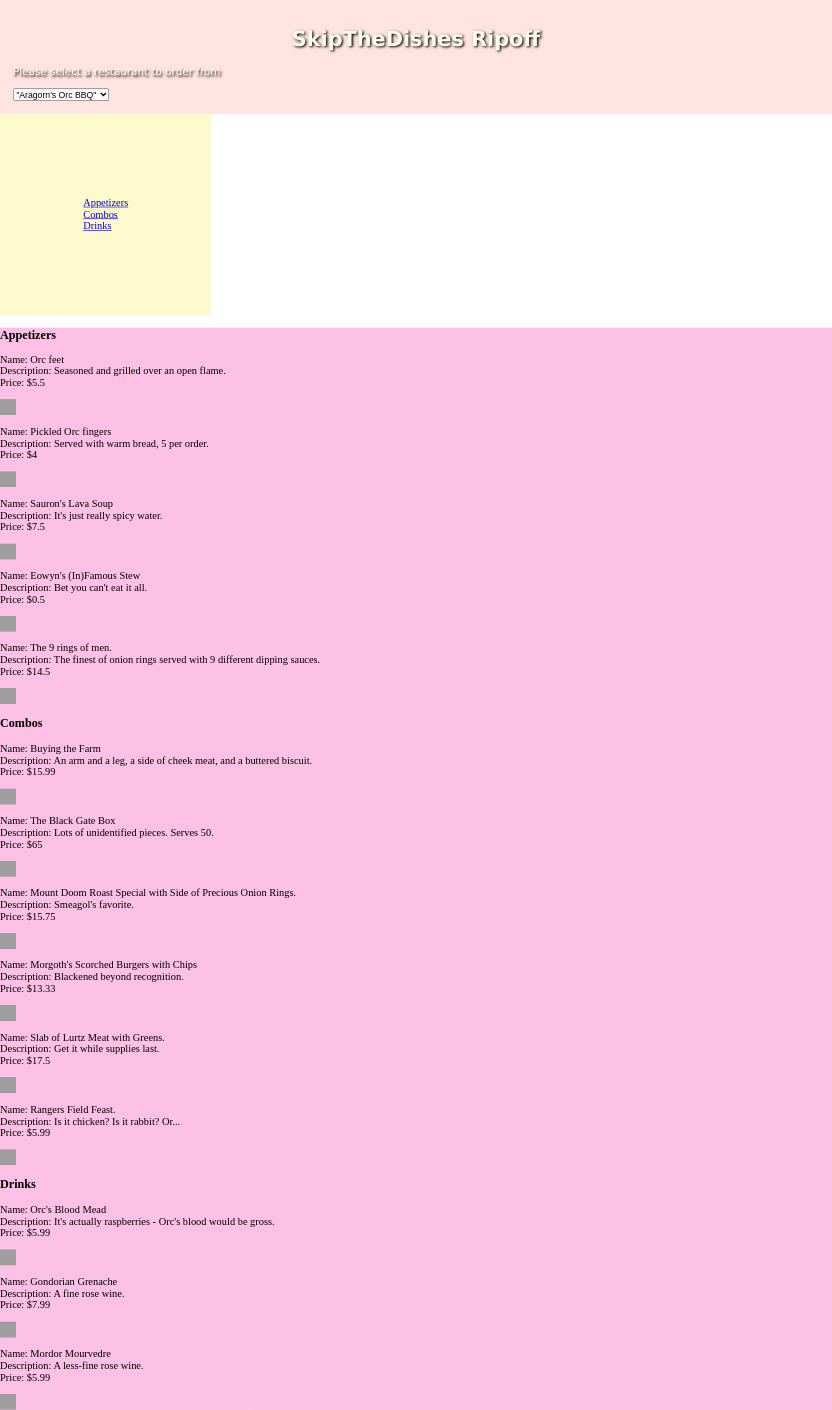
Repository: hudaali14/Carleton
Page: 2406/Assignments/Assignment1 (97)/order.html
An editor plug-in stored every save of this project. The page is shown before and after the next save, followed by the edit.
The browser window is 1280 px wide. The pictures show the whole page, at 65% of full size.
After loading, the first visible `#dropdown` was changed once.
Pictures or frames that could not be fetched are drawn as grey boxes.

Above is the page before, as saved 2020-01-25 23:26:32.

After the next save:
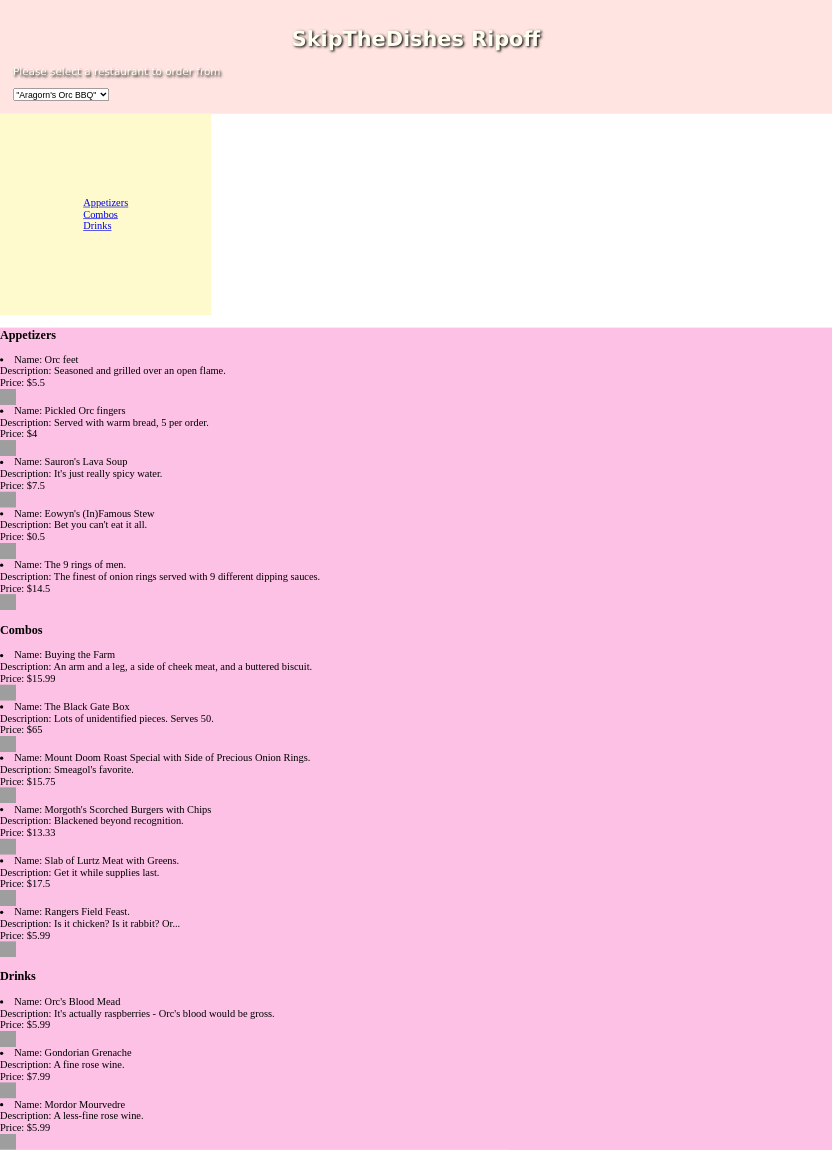
Saved 20 min 0 s later.
--- a/2406/Assignments/Assignment1 (97)/client.js
+++ b/2406/Assignments/Assignment1 (97)/client.js
@@ -290,6 +290,10 @@
 			return;
 		}
 	}
+}
+
+function addItem(name, price){
+
 }
 
 function displayCategories(){
@@ -344,7 +348,7 @@
 		  itemMenu.appendChild(category);
     	while(typeof restaurant.menu[restaurantMenu[i]][counter] !== "undefined"){
 			let item = restaurant.menu[restaurantMenu[i]][counter];
-			let para = document.createElement("p");
+			let para = document.createElement("li");
 			let image= document.createElement("img");
 			image.id="image";
 			image.src="https://p7.hiclipart.com/preview/27/906/465/symbol-cross-line-font-add.jpg";

After the 4 saves that followed:
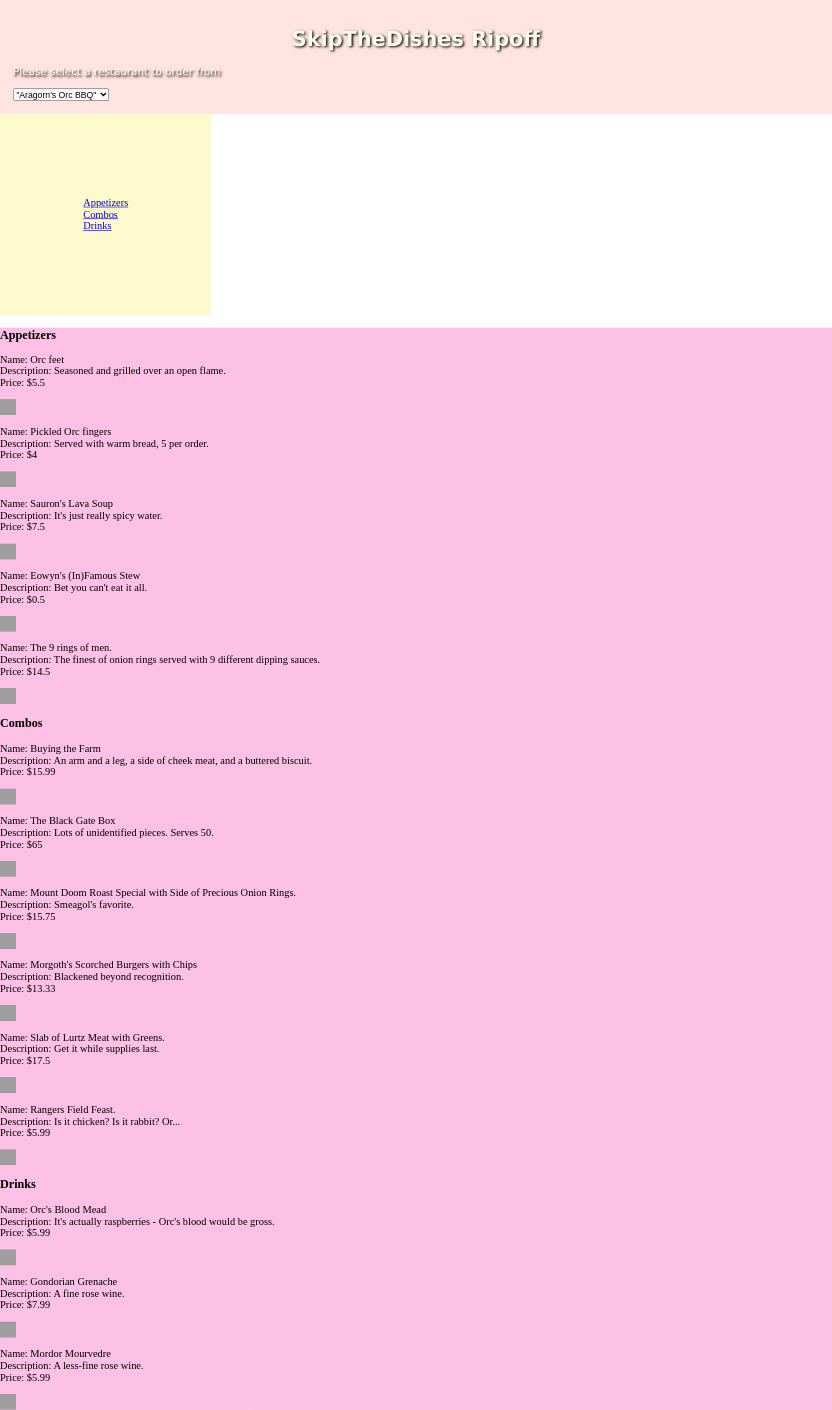
The 4 saves are shown as one change because 3 left the picture as it was.
The last was saved 76 s later.
--- a/2406/Assignments/Assignment1 (97)/client.js
+++ b/2406/Assignments/Assignment1 (97)/client.js
@@ -348,7 +348,7 @@
 		  itemMenu.appendChild(category);
     	while(typeof restaurant.menu[restaurantMenu[i]][counter] !== "undefined"){
 			let item = restaurant.menu[restaurantMenu[i]][counter];
-			let para = document.createElement("li");
+			let para = document.createElement("p");
 			let image= document.createElement("img");
 			image.id="image";
 			image.src="https://p7.hiclipart.com/preview/27/906/465/symbol-cross-line-font-add.jpg";
